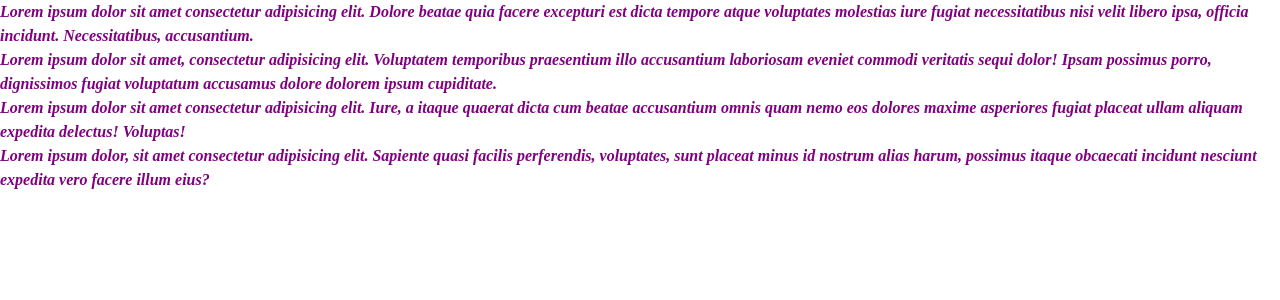
Repository: nguyenkien12345/Master-Css
Page: 1 so thuoc tinh css dac biet/index.html
The author's editor kept a copy of each file at every save. The page is drawn from the files as they stood at one save, then again after the next save.
The browser window is 1280 px wide. The pictures show the whole page.

Above is the page before, as saved 2023-09-10 22:57:13.

After the next save:
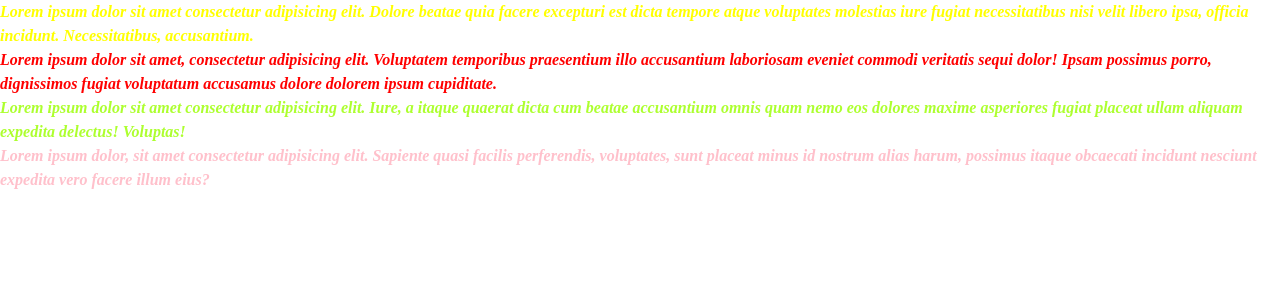
Saved 6 s later.
--- a/1 so thuoc tinh css dac biet/index.html
+++ b/1 so thuoc tinh css dac biet/index.html
@@ -122,7 +122,7 @@
         /* Viết theo kiểu div p, section p, main p,  article p {} quá dài dòng nên ta sẽ có cách viết khác như sau: */
         /* Thay :where bằng :is cũng cho ra kết quả tương tự */
         /* :where: Không thể ghi đè css, còn :is có thể ghi đè css */
-        :is(div, section, main, article) p {
+        :where(div, section, main, article) p {
           font-size: 16px;
           font-weight: 600;
           font-style: italic;

After the save that followed:
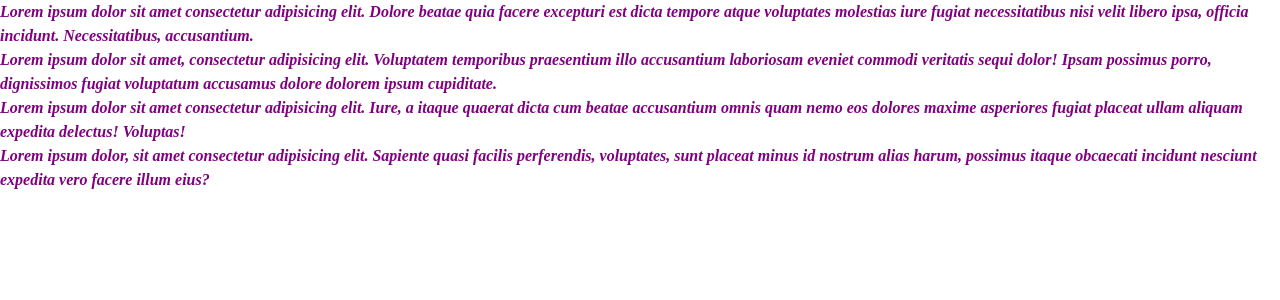
Saved 6 s later.
--- a/1 so thuoc tinh css dac biet/index.html
+++ b/1 so thuoc tinh css dac biet/index.html
@@ -122,7 +122,7 @@
         /* Viết theo kiểu div p, section p, main p,  article p {} quá dài dòng nên ta sẽ có cách viết khác như sau: */
         /* Thay :where bằng :is cũng cho ra kết quả tương tự */
         /* :where: Không thể ghi đè css, còn :is có thể ghi đè css */
-        :where(div, section, main, article) p {
+        :is(div, section, main, article) p {
           font-size: 16px;
           font-weight: 600;
           font-style: italic;
